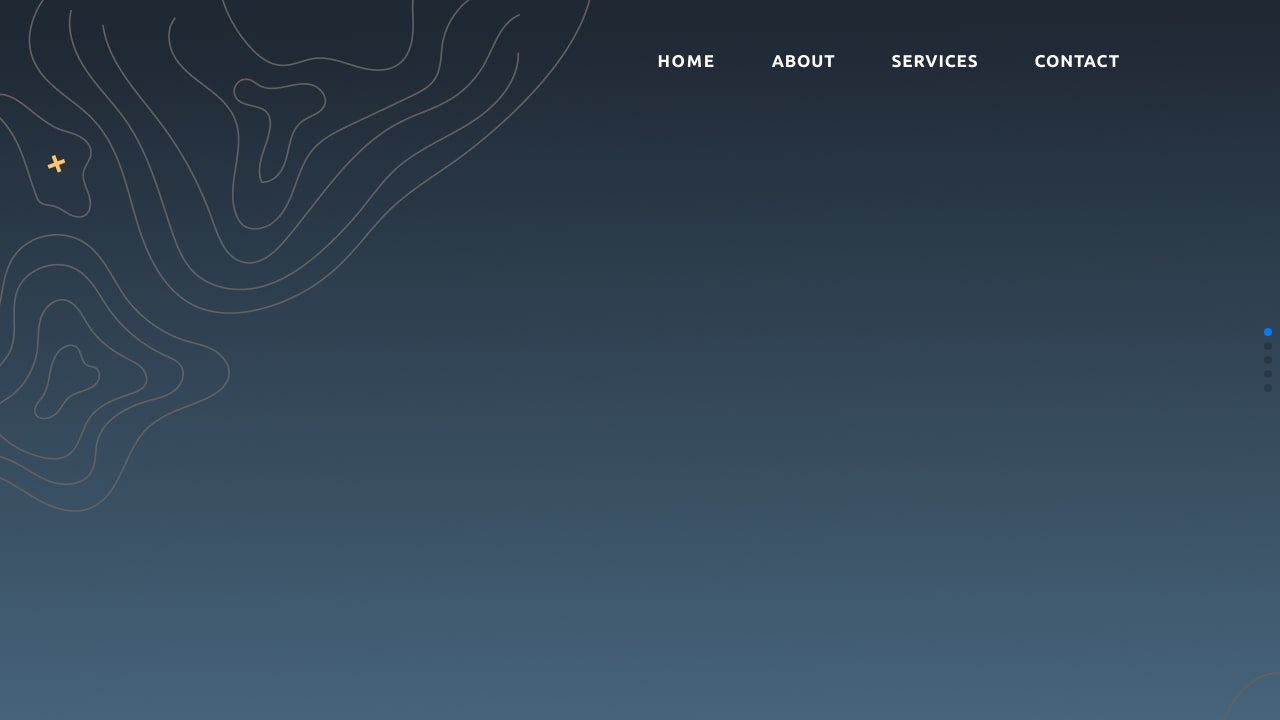
Repository: jiahow99/Add-Commerce
Page: index.html
An editor plug-in stored every save of this project. The page is shown before and after the next save, followed by the edit.
The browser window is 1280 px wide. The pictures show the whole page.
Some web libraries are served in a nearby version.

Above is the page before, as saved 2023-06-06 17:23:58.

After the next save:
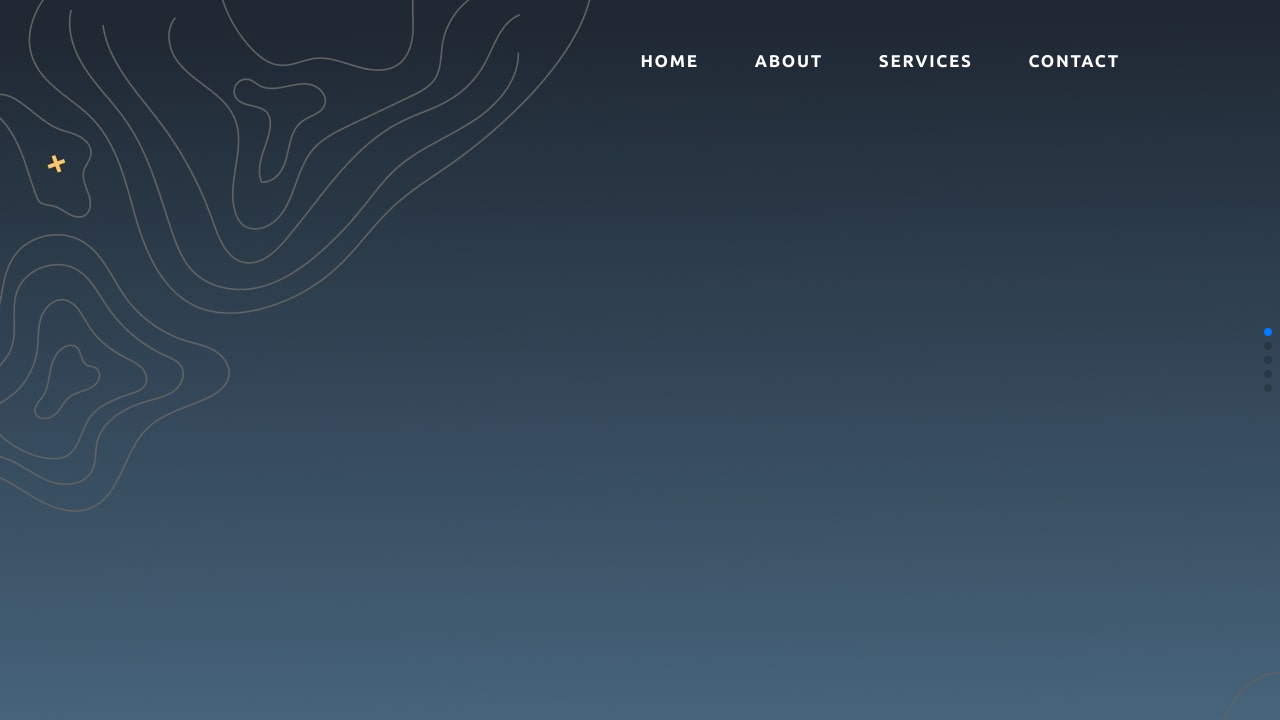
Saved 4 s later.
--- a/index.html
+++ b/index.html
@@ -28,9 +28,9 @@
           <nav class="flex justify-end w-9/12 mx-auto">
             <ul class="flex text-white gap-14 py-12">
               <li class="uppercase"><a href="#home" class="text-[17px] font-bold tracking-widest">Home</a></li>
-              <li class="uppercase"><a href="#about" class="text-[17px] font-bold tracking-wider">About</a></li>
-              <li class="uppercase"><a href="#services" class="text-[17px] font-bold tracking-wider">Services</a></li>
-              <li class="uppercase"><a href="#contact" class="text-[17px] font-bold tracking-wider">Contact</a></li>
+              <li class="uppercase"><a href="#about" class="text-[17px] font-bold tracking-widest">About</a></li>
+              <li class="uppercase"><a href="#services" class="text-[17px] font-bold tracking-widest">Services</a></li>
+              <li class="uppercase"><a href="#contact" class="text-[17px] font-bold tracking-widest">Contact</a></li>
             </ul>
           </nav>
         </div>

After the 2 saves that followed:
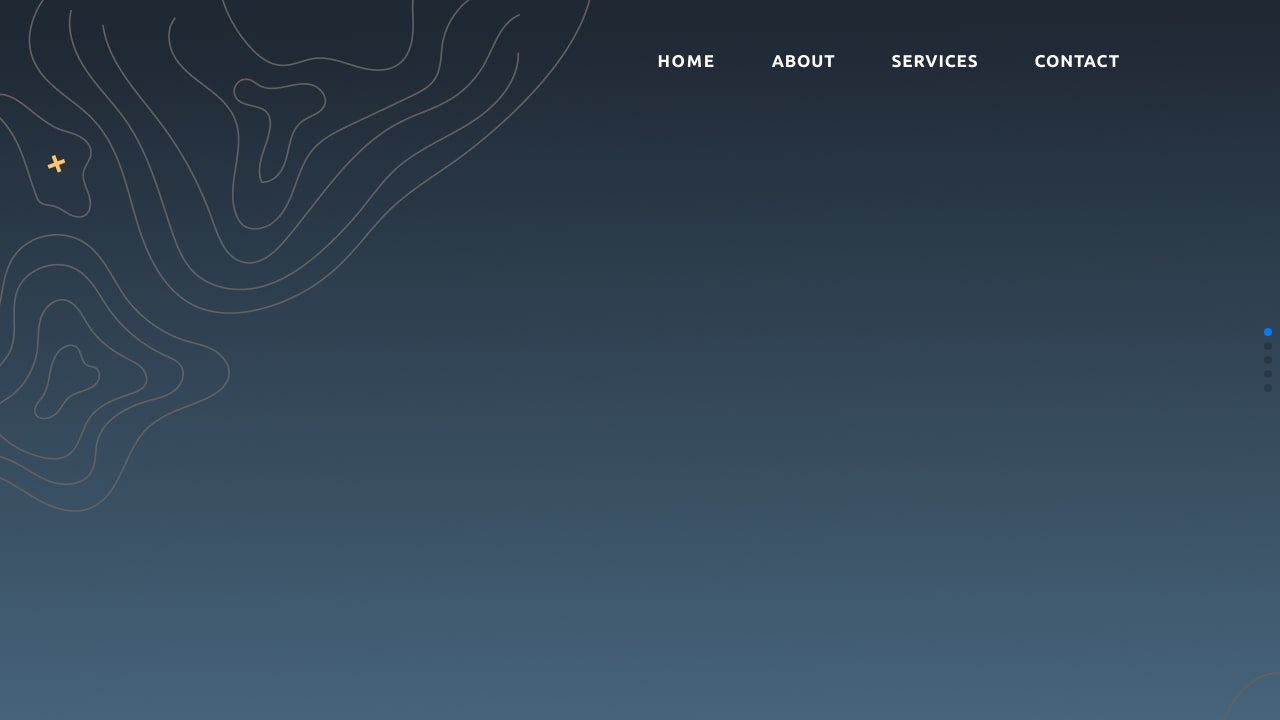
The 2 saves are shown as one change because they came seconds apart.
The last was saved 7 s later.
--- a/index.html
+++ b/index.html
@@ -28,9 +28,9 @@
           <nav class="flex justify-end w-9/12 mx-auto">
             <ul class="flex text-white gap-14 py-12">
               <li class="uppercase"><a href="#home" class="text-[17px] font-bold tracking-widest">Home</a></li>
-              <li class="uppercase"><a href="#about" class="text-[17px] font-bold tracking-widest">About</a></li>
-              <li class="uppercase"><a href="#services" class="text-[17px] font-bold tracking-widest">Services</a></li>
-              <li class="uppercase"><a href="#contact" class="text-[17px] font-bold tracking-widest">Contact</a></li>
+              <li class="uppercase"><a href="#about" class="text-[17px] font-bold tracking-wider">About</a></li>
+              <li class="uppercase"><a href="#services" class="text-[17px] font-bold tracking-wider">Services</a></li>
+              <li class="uppercase"><a href="#contact" class="text-[17px] font-bold tracking-wider">Contact</a></li>
             </ul>
           </nav>
         </div>
